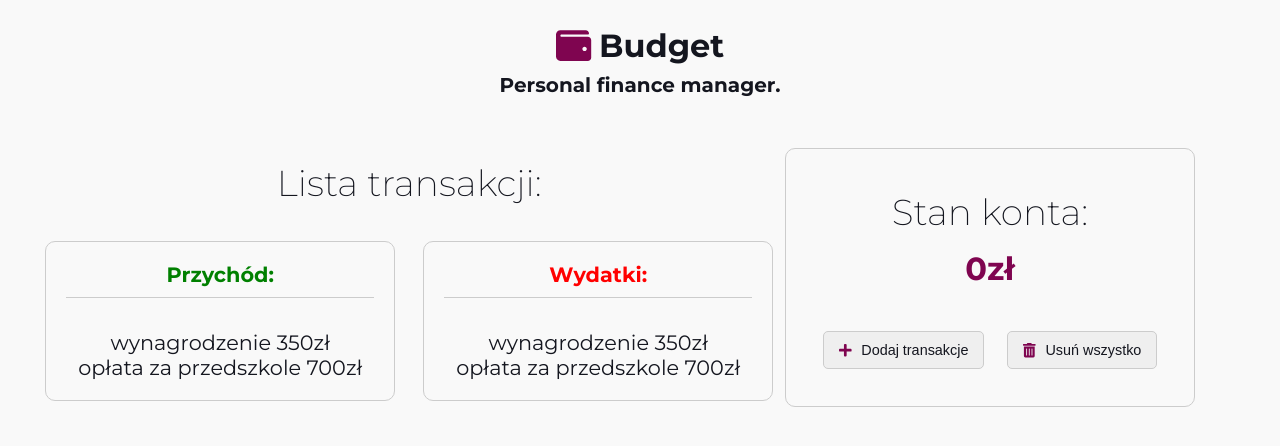
Repository: KrzysKolo/sr_tydzien4_zad4
Page: /
The author's editor kept a copy of each file at every save. The page is drawn from the files as they stood at one save, then again after the next save.
The browser window is 1280 px wide. The pictures show the whole page.
Some web libraries are served in a nearby version. The project was rebuilt for these pictures with package versions that can differ from the ones it lists, and the page was loaded fresh each time. Also part of the build but not shown: src/components/budgetComponents/formComponents/Header.js, src/components/budgetComponents/formComponents/ErrorMessage.js, src/components/budgetComponents/formComponents/Input.js, src/components/budgetComponents/formComponents/Select.js.

Above is the page before, as saved 2020-12-04 10:24:42.

### public/index.html
<!DOCTYPE html>
<html lang="en">
  <head>
    <meta charset="utf-8" />
    <link rel="icon" href="%PUBLIC_URL%/favicon.ico" />
    <meta name="viewport" content="width=device-width, initial-scale=1" />
    <meta name="theme-color" content="#000000" />
    <meta
      name="description"
      content="Web site created using create-react-app"
    />
    <link rel="apple-touch-icon" href="%PUBLIC_URL%/logo192.png" />
    <!--
      manifest.json provides metadata used when your web app is installed on a
      user's mobile device or desktop. See https://developers.google.com/web/fundamentals/web-app-manifest/
    -->
    <link rel="manifest" href="%PUBLIC_URL%/manifest.json" />
    <!--
      Notice the use of %PUBLIC_URL% in the tags above.
      It will be replaced with the URL of the `public` folder during the build.
      Only files inside the `public` folder can be referenced from the HTML.

      Unlike "/favicon.ico" or "favicon.ico", "%PUBLIC_URL%/favicon.ico" will
      work correctly both with client-side routing and a non-root public URL.
      Learn how to configure a non-root public URL by running `npm run build`.
    -->
    <link
      href="https://fonts.googleapis.com/css?family=Montserrat:200,400,700&display=swap&subset=latin-ext"
      rel="stylesheet"
    />
    <script
      src="https://kit.fontawesome.com/327a0d490c.js"
      crossorigin="anonymous"
    ></script>
    <title>Budget</title>
  </head>
  <body>
    <noscript>You need to enable JavaScript to run this app.</noscript>
    <div id="root"></div>
    <!--
      This HTML file is a template.
      If you open it directly in the browser, you will see an empty page.

      You can add webfonts, meta tags, or analytics to this file.
      The build step will place the bundled scripts into the <body> tag.

      To begin the development, run `npm start` or `yarn start`.
      To create a production bundle, use `npm run build` or `yarn build`.
    -->
  </body>
</html>

### src/App.js
import React from 'react';
import Budget from './components/Budget'

const App = () => {
  return (
    <>
      <Budget/>
    </>
  )
}

export default App;

### src/components/Budget.js
import React from 'react';
import Header from './budgetComponents/Header';
import Section from './budgetComponents/Section';
import SectionInfo from './budgetComponents/SectionInfo';
import H2 from './budgetComponents/sectionComponents/H2';
import styled, { createGlobalStyle } from 'styled-components';

const GlobalStyle = createGlobalStyle`
    * {
        padding: 0;
        margin: 0;
        box-sizing: border-box;
    }
    body {
        background-color: #f9f9f9;
        color: #14161f;
        font-family: "Montserrat", sans-serif;
        font-size: 16px;
        min-height: 100vh;
    }
    `;
const Container = styled.main`
    font-size: 1.5rem;
`;
const SectionContainer = styled.section`
    display: flex;
    flex-direction: row;
    justify-content: center;
    align-items: center;
`;
const SectionBudget = styled.section`
    display: flex;
    flex-direction: column;
    justify-content: center;
    align-items: center;
`;
const DivItems = styled.div`
    display: flex;
    flex-direction: row;
    justify-content: center;
    align-items: center;

`;
const Budget = () => {
    return (
        <>
            <GlobalStyle />
            <Container>
                <Header />
                <SectionContainer>
                    <SectionBudget>
                        <H2 title="Lista transakcji" />
                        <DivItems>
                            <Section title="Przychód" label="p"/>
                            <Section title="Wydatki" />
                        </DivItems>
                    </SectionBudget>
                    <SectionInfo title="Stan konta"/>
                </SectionContainer>
            </Container>

        </>
    )
}

export default Budget;

### src/components/budgetComponents/Header.js
import React from 'react';
import styled from 'styled-components';
import { FontAwesomeIcon } from '@fortawesome/react-fontawesome';
import { faWallet } from '@fortawesome/free-solid-svg-icons';

const SectionHeader = styled.header`
    align-items: center;
    color: rgb(127, 5, 80);
    display: flex;
    font-size: 2.2rem;
    flex-direction: column;
    justify-content: center;
    padding: 2%;
`;
const DivHeader = styled.div`
    align-items: center;
    display: flex;
    flex-direction: row;
    justify-content: center;
    margin-bottom: 0.5rem;
`;
const H1Header = styled.h1`
    color: #14161f;
    font-size: 2rem;
    margin-left: .5rem;
`;
const H2Header = styled.h2`
    color: #14161f;
    font-size: 1.25rem;
`;
const Header = () => {
    return (
        <SectionHeader>
            <DivHeader>
                <FontAwesomeIcon icon={faWallet}/>
                <H1Header>Budget</H1Header>
            </DivHeader>
            <H2Header>Personal finance manager.</H2Header>
        </SectionHeader>
    )
}

export default Header;

### src/components/budgetComponents/Section.js
import React from 'react';
import { H1 }from './sectionComponents/index';
import Transactions from './../data/Transactions';
import styled from 'styled-components';

const SectionWrapper = styled.section`
    border: 1px solid #ccc;
    border-radius: 10px;
    display: flex;
    flex-direction: column;
    font-size: 1.3rem;
    justify-content: center;
    align-items: center;
    margin: 2%;
    padding: 20px;
    min-width: 350px;
    width: 50%;
`;
const Section = ({ title, label }) => {
   return (
        <SectionWrapper>
           <H1 title={title} label={label} />
           {Transactions.map(item => <div key={item.id}> {item.name} {item.amount}zł</div>)}
        </SectionWrapper>
    )
}

export default Section;

### src/components/budgetComponents/SectionInfo.js
import React, { useState } from 'react';
import { H2, P } from './sectionComponents/index';
import Form from './Form';
import Button from './../budgetComponents/buttons/Button';
import styled from 'styled-components';
import { faPlus,  faTrashAlt } from '@fortawesome/free-solid-svg-icons';
const SectionWrapper = styled.section`
    border: 1px solid #ccc;
    border-radius: 10px;
    display: flex;
    flex-direction: column;
    margin: 2vw;
    padding: 2%;
`;
const ButtonWrapper = styled.div`
    display: flex;
    flex-direction: row;
`;

const SectionInfo = ({ title }) => {
    const [showForm, setShowForm] = useState(false);
    const openForm = () =>{
        setShowForm(prev => !prev);
  };
    return (
        <>
        <SectionWrapper>
           <H2 title={title}> </H2>
           <P />
           <ButtonWrapper>
                <Button onClick={openForm} title="Dodaj transakcje" icons={faPlus} />
                <Button title="Usuń wszystko" icons={faTrashAlt} type="submit"/>
           </ButtonWrapper>

        </SectionWrapper>
        <Form showForm={showForm} setShowForm={setShowForm} />
        </>
    )
}

export default SectionInfo;

### src/components/budgetComponents/sectionComponents/H2.js
import React from 'react'
import styled from 'styled-components';

const TitleH2 = styled.h2`
    font-weight: 200;
    margin: 2% auto;
    padding: 0.5rem;
`;

const H2 = ({title}) => {
    return (
        <TitleH2>
            {title}:
        </TitleH2>
    )
}

export default H2;

### src/components/budgetComponents/sectionComponents/index.js
export { default as H1 } from './H1';
export { default as H2 } from './H2';
export { default as P } from './P';

### src/components/data/Transactions.js
const SelectOptions=[
    { id: 0, category: "Przychód", name: "wynagrodzenie", amount: "350"},
    { id: 1, category: "Rachunki", name: "opłata za przedszkole", amount: "700"},

];
export default SelectOptions;

### src/components/budgetComponents/Form.js
import React, { useState } from 'react';
import { Header, Input, Select } from './formComponents/';
import Button from './buttons/Button';
import styled from 'styled-components';
import SelectOptions from './../data/SelectOptions';
import Transaction from './../data/Transactions';
import { faBusinessTime, faSave, faWindowClose } from '@fortawesome/free-solid-svg-icons';
import { useFormik } from 'formik';
import * as yup from 'yup';

const FormWrapper = styled.form`
    background-color: #f9f9f9;
    border: 4px double rgb(127, 5, 80);
    border-radius: 10px;
    box-shadow: 3px 3px 5px rgba(127, 5, 80, 0.5);
    color: rgb(127, 5, 80);
    position: fixed;
    display: flex;
    flex-direction: column;
    justify-content: center;
    align-items: center;
    padding: 10px;
    width: 20vw;
    min-width: 300px;
`;
const ButtonWrapper = styled.div`
    display: flex;
    flex-direction: row;
    justify-content: center;
    border-top: 1px solid rgba(127, 5, 80, 0.3);
    padding-top: 10px;
    margin-top: 1.4rem;
`;

const FormData = ({ showForm, setShowForm }) => {
    const initialValues  = {
        name: '',
        amount: '',
        category: -1,
    };
    const validationSchema = yup.object({
        name: yup.string().required("Required").min(3, "Musi być min 3 znaki").max(50,"Moze być max 50 znaków"),
        amount: yup.number().required("Required").min(1, "Musi być conajmniej 1 cyfra"),
        category: yup.number().required("Musi być wybrane").min(0, ).max(5),
    })
    const onSubmit = ( values, {resetForm} ) => {
        console.log('Form data', values);
        setShowMessage(true);
        resetForm();
    };
    const closeForm = () => {
        setShowForm(false);
    };
    const handleAddTransaction = () => {
        Transaction.push({
            id: Transaction.length,
            category: initialValues.category,
            name: initialValues.name,
            amount: initialValues.amount,
        })
        console.log(Transaction);

    }
    const [ showMessage, setShowMessage ] = useState(false);
    const formik = useFormik({
        initialValues,
        validationSchema,
        onSubmit,
    });
    return (
        <>
        { showForm &&
        <FormWrapper onSubmit={formik.handleSubmit}>
            <Header icons={faBusinessTime} title={"Dodaj transakcje!"} />
            <Input type="text" label="Nazwa transakcji" name="name" placeholder="nazwa transakcji..." onChange={formik.handleChange} value={formik.values.name} onBlur={formik.handleBlur} error={formik.errors.name} message={formik.errors.name} touched={formik.touched.name} />
            <Input type="text" label="Kwota transakcji" name="amount" placeholder="kwota..." onChange={formik.handleChange} value={formik.values.amount} onBlur={formik.handleBlur} error={formik.errors.amount} message={formik.errors.amount} touched={formik.touched.amount}/>
            <Select options={SelectOptions} label="Wybierz kategorię transakcji" name="category" onChange={formik.handleChange} value={formik.values.category} onBlur={formik.handleBlur} error={formik.errors.category} message={formik.errors.category} touched={formik.touched.category}/>
            <ButtonWrapper>
                <Button type="save" title="Zapisz" icons={faSave} onClick={handleAddTransaction}/>
                <Button title="Anuluj" icons={faWindowClose} type="cancel" onClick={closeForm} />
            </ButtonWrapper>
        </FormWrapper>
        }
        </>
    )
}

export default FormData;

### src/components/budgetComponents/buttons/Button.js
import React from 'react';
import styled from 'styled-components';
import { FontAwesomeIcon } from '@fortawesome/react-fontawesome';

const ButtonDiv = styled.button`
    border: 1px solid #ccc;
    border-radius: 5px;
    margin: 0.7rem;
    padding: 10px 15px;
    display: flex;
    flex-direction: row;
    align-items: center;
    color: rgb(127, 5, 80);
    font-size: 0.9rem;
    cursor: pointer;
    transition: 0.3s ease-in-out;
    &:hover {
        border: 1px solid rgba(127, 5, 80, 0.4);
        background-color:  #f9f9f9;
        color: rgba(127, 5, 80, 0.5);
    }
`;
const ButtonTitleDiv = styled.div`
    margin-left: 10px;
    color: #14161f;
`;
const Button = ({ title, icons, onClick }) => {
    return (
        <ButtonDiv onClick={onClick}>
            <FontAwesomeIcon icon={icons} />
            <ButtonTitleDiv>{title}</ButtonTitleDiv>
        </ButtonDiv>
    )
}

export default Button;

### src/components/budgetComponents/sectionComponents/H1.js
import React from 'react'
import styled from 'styled-components';

const TitleH1Styles = (label) => `
border-bottom: 1px solid #ccc;
color: ${label ? 'green' : 'red'};
margin-bottom: 2rem;
padding-bottom: 10px;
display: block;
width: 100%;
text-align: center;
`;
const TitleH1 = styled.h1`
      ${props => TitleH1Styles(props.label)}
`;

const H1 = (props) => {
    const { title, label } = props;
    return (
        <TitleH1 label={label}>
            {title}:
        </TitleH1>
    )
}

export default H1;

### src/components/budgetComponents/sectionComponents/P.js
import React from 'react';
import styled from 'styled-components';

const InfoP = styled.p`
    color: rgb(127, 5, 80);
    font-size: 2rem;
    font-weight: bold;
    width: 100%auto;
    text-align: center;
    padding-bottom: 2rem;
`;

const P = () => {
    return (
        <InfoP>
            0zł
        </InfoP>
    )
}

export default P;

### src/components/budgetComponents/formComponents/index.js
export { default as Header } from './Header';
export { default as Input } from './Input';
export { default as ErrorMessage } from './ErrorMessage';
export { default as Select } from './Select';

### src/components/data/SelectOptions.js
const SelectOptions=[
    { id: -1, value: "-1", label:"", title: 'Select...' },
    { id: 0, value: "0", label:"[+]", title: 'Przychód' },
    { id: 1, value: "1", label:"[-]", title: 'Rachunki' },
    { id: 2, value: "2", label:"[-]", title: 'Sport' },
    { id: 3, value: "3", label:"[-]", title: 'Wyżywienie' },
    { id: 4, value: "4", label:"[-]", title: 'Kultura' },
    { id: 5, value: "5", label:"[-]", title: 'Wypoczynek' },
];
export default SelectOptions;

### src/components/data/ExpenseTransaction.js
const ExpenseTransaction=[
    { id: 0, category: "Rachunki", name: "prąd", amount: "350"},
    { id: 1, category: "Rachunki", name: "gaz", amount: "250"},
    { id: 3, category: "Kultura", name: "kino", amount: "110"},

];
export default ExpenseTransaction;

### src/components/data/IcomeTransaction.js
const IncomeTransaction = [
    { id: 0, category: "Przychód", name: "wynagrodzenie", amount: "350"},
    { id: 1, category: "Przychód", name: "nadgodziny", amount: "700"},
];
export default IncomeTransaction;

Loaded but not shown: src/index.js (common file); src/index.css (common file)

After the next save:
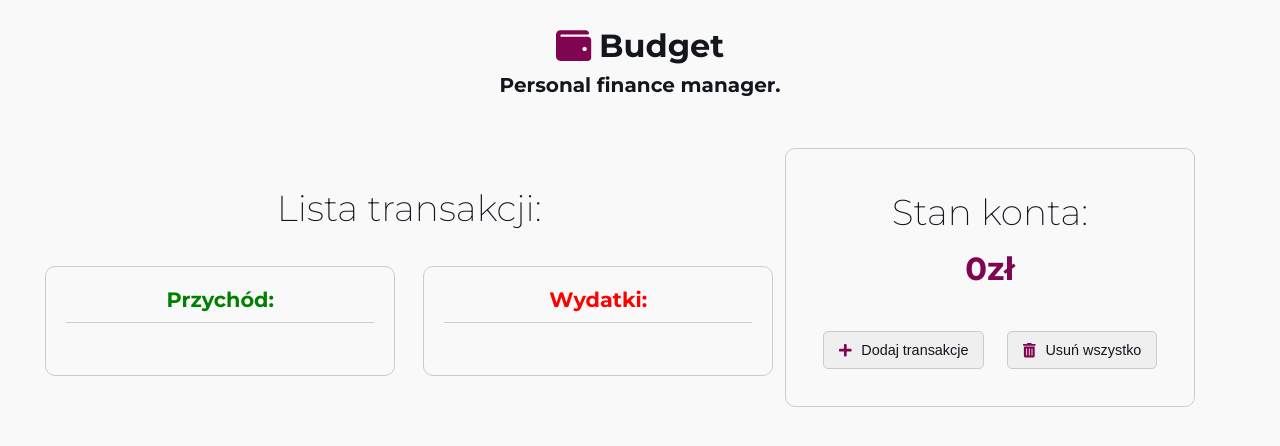
Saved 2 min 51 s later.
--- a/src/components/budgetComponents/Section.js
+++ b/src/components/budgetComponents/Section.js
@@ -1,6 +1,7 @@
 import React from 'react';
 import { H1 }from './sectionComponents/index';
-import Transactions from './../data/Transactions';
+import ExpenseTransaction from './../data/ExpenseTransaction';
+import IncomeTransaction from './../data/IcomeTransaction';
 import styled from 'styled-components';
 
 const SectionWrapper = styled.section`
@@ -20,7 +21,7 @@ const Section = ({ title, label }) => {
    return (
         <SectionWrapper>
            <H1 title={title} label={label} />
-           {Transactions.map(item => <div key={item.id}> {item.name} {item.amount}zł</div>)}
+
         </SectionWrapper>
     )
 }
